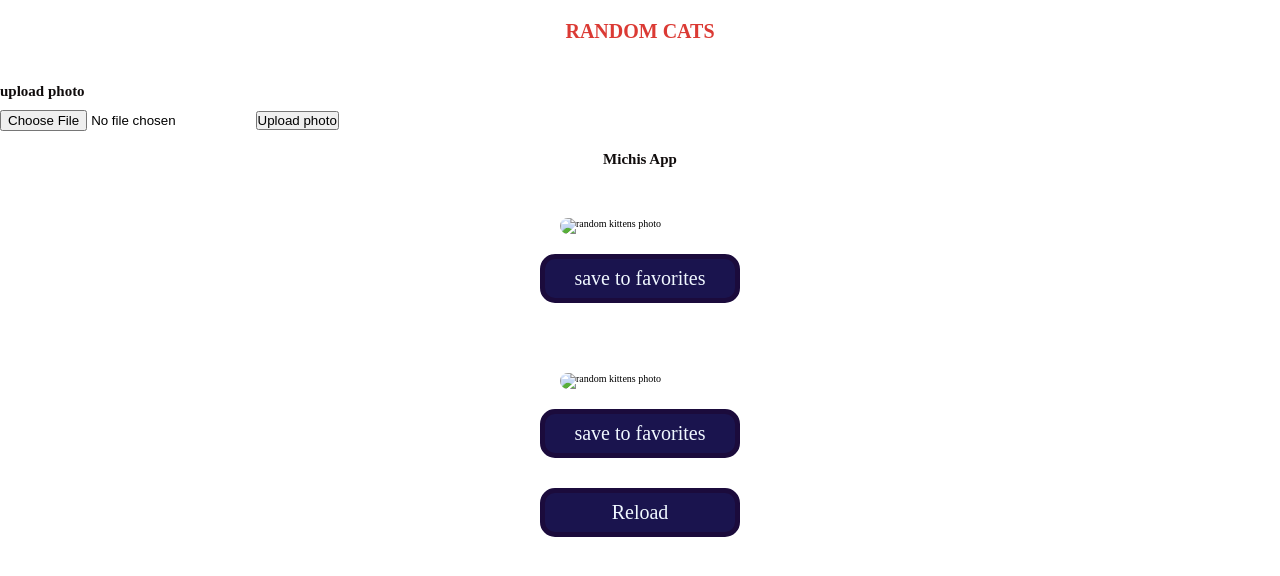
Repository: elto82/ConsumoAPIRESTjs
Page: index.html
An editor plug-in stored every save of this project. The page is shown before and after the next save, followed by the edit.
The browser window is 1280 px wide. The pictures show the whole page.
The page's requests for data from a server got no answer.

Above is the page before, as saved 2022-07-04 21:34:46.

After the next save:
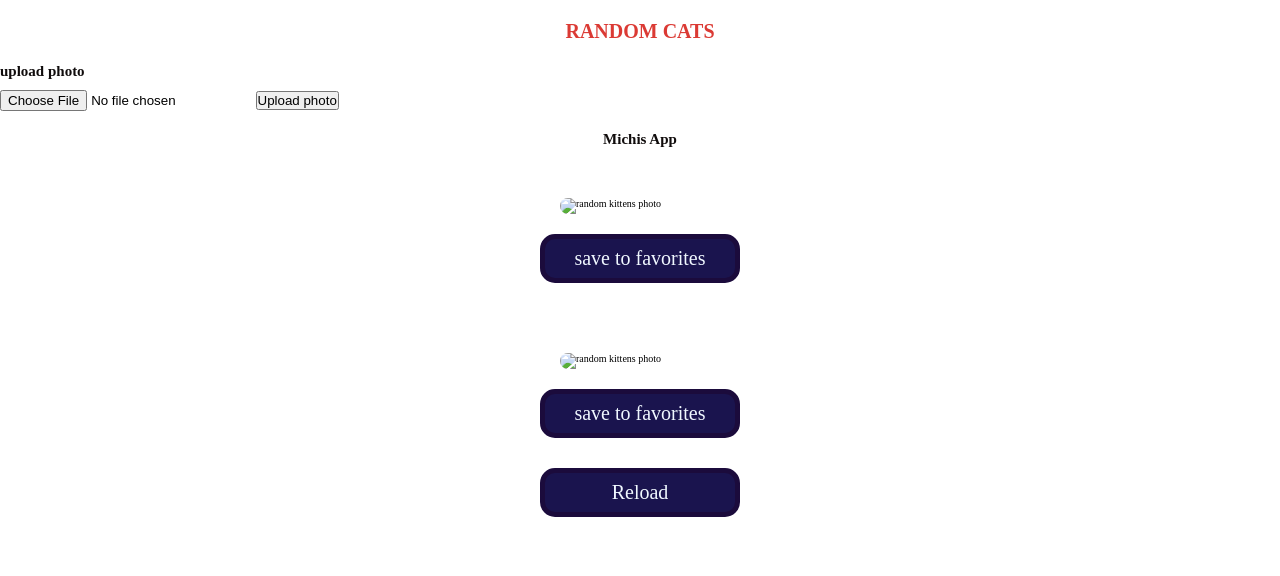
Saved 21 s later.
--- a/style.css
+++ b/style.css
@@ -26,11 +26,7 @@
   margin: 0 0 1rem 0;
 }
 
-#error {
-  color: #eee;
-  display: block;
-  margin-bottom: 20px;
-}
+
 
 article{
   display: flex;

After the save that followed:
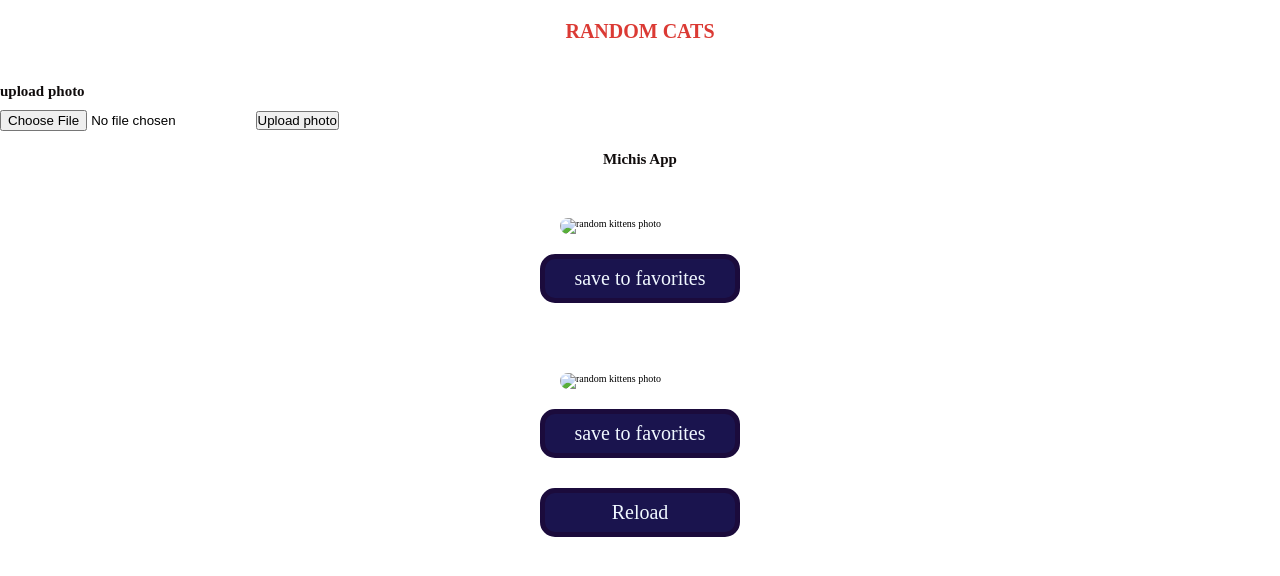
Saved 30 s later.
--- a/style.css
+++ b/style.css
@@ -26,7 +26,11 @@
   margin: 0 0 1rem 0;
 }
 
-
+#error {
+  color: rgb(20, 17, 17);
+  display: block;
+  margin-bottom: 20px;
+}
 
 article{
   display: flex;
